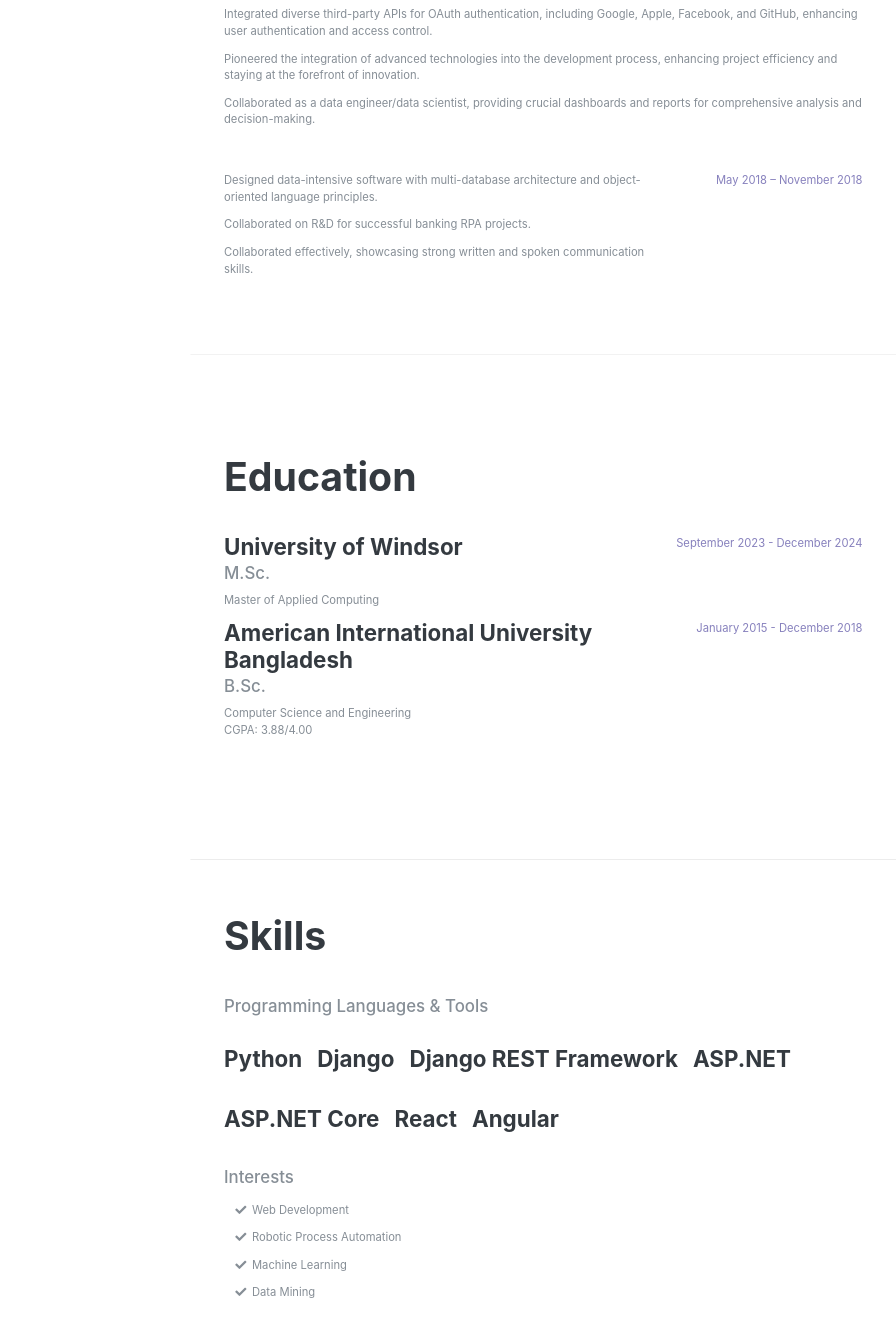
Repository: xahin96/xahin96.github.io
Page: index.html
An editor plug-in stored every save of this project. The page is shown before and after the next save, followed by the edit.
The browser window is 1280 px wide. The pictures show the part of the page from y = 1426 to 3346 px (the page is 5455 px tall before and 5545 px after), at 70% of full size.
Some web fonts or font styles are not loaded; a fallback is used.

Above is the page before, as saved 2024-04-27 12:35:57.

After the next save:
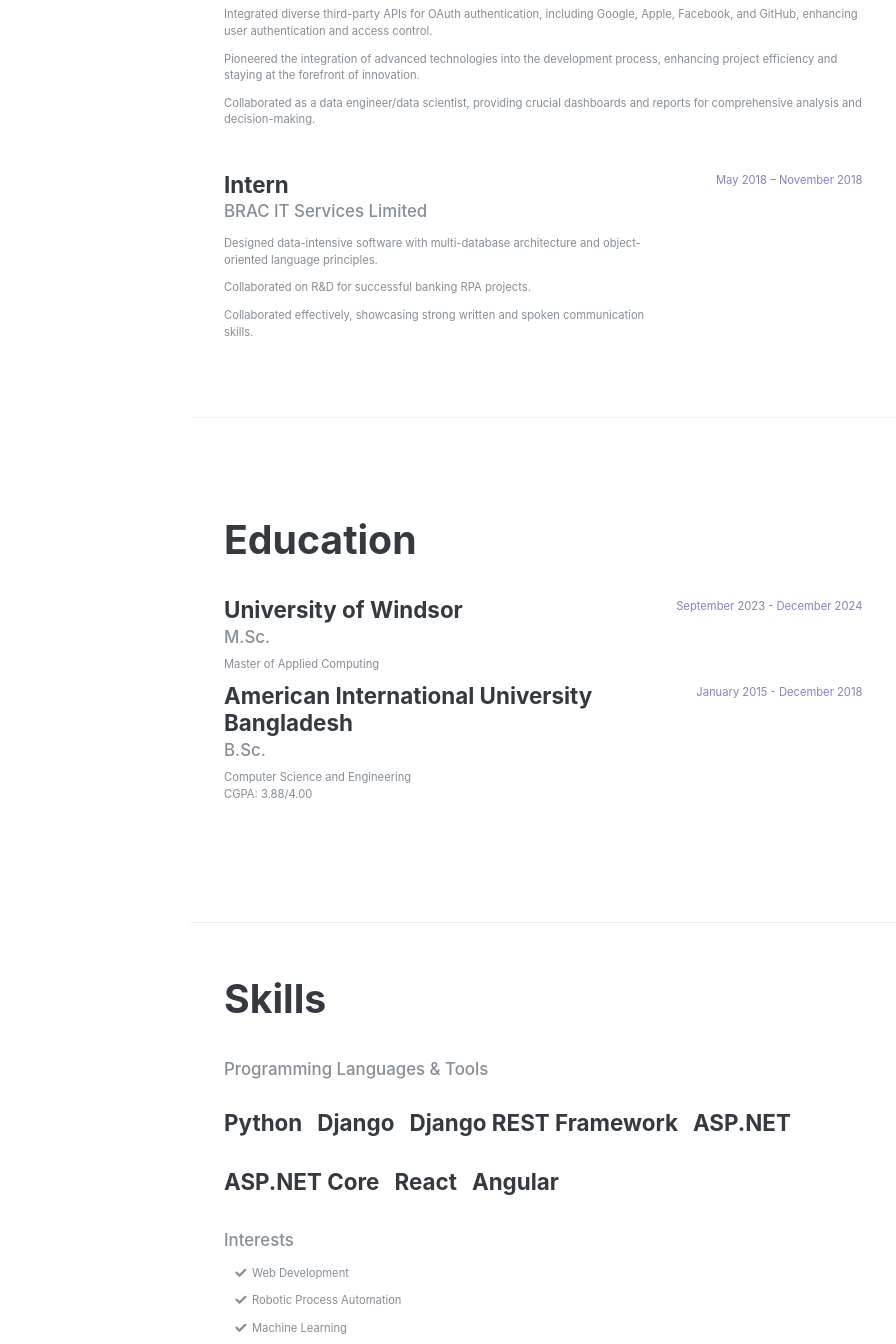
Saved 11 s later.
--- a/index.html
+++ b/index.html
@@ -134,22 +134,20 @@
                 <span class="text-primary">November 2018 – December 2022</span>
               </div>
             </div>
-            <ul>
-              <li>Engineered RPA solutions achieving 5 to 20 times faster process completion with 100% accuracy.</li>
-              <li>Orchestrated large-scale projects encompassing Microservices, ERP software, RPA, and IoT, employing industry-standard agile methodologies and adhering to robust design patterns.</li>
-              <li>Integrated diverse third-party APIs for OAuth authentication, including Google, Apple, Facebook, and GitHub, enhancing user authentication and access control.</li>
-              <li>Pioneered the integration of advanced technologies into the development process, enhancing project efficiency and staying at the forefront of innovation.</li>
-              <li>Collaborated as a data engineer/data scientist, providing crucial dashboards and reports for comprehensive analysis and decision-making.</li>
-            </ul>
+
+            <li>Engineered RPA solutions achieving 5 to 20 times faster process completion with 100% accuracy.</li>
+            <li>Orchestrated large-scale projects encompassing Microservices, ERP software, RPA, and IoT, employing industry-standard agile methodologies and adhering to robust design patterns.</li>
+            <li>Integrated diverse third-party APIs for OAuth authentication, including Google, Apple, Facebook, and GitHub, enhancing user authentication and access control.</li>
+            <li>Pioneered the integration of advanced technologies into the development process, enhancing project efficiency and staying at the forefront of innovation.</li>
+            <li>Collaborated as a data engineer/data scientist, providing crucial dashboards and reports for comprehensive analysis and decision-making.</li>
           </div>
 
         </div>
 
         <div class="resume-item d-flex flex-column flex-md-row justify-content-between mb-5">
           <div class="resume-content">
-            <div>
-
-            </div>
+            <h3 class="mb-0">Intern</h3>
+            <div class="subheading mb-3">BRAC IT Services Limited</div>
             <li>Designed data-intensive software with multi-database architecture and object-oriented language principles.</li>
             <li>Collaborated on R&D for successful banking RPA projects.</li>
             <li>Collaborated effectively, showcasing strong written and spoken communication skills.
